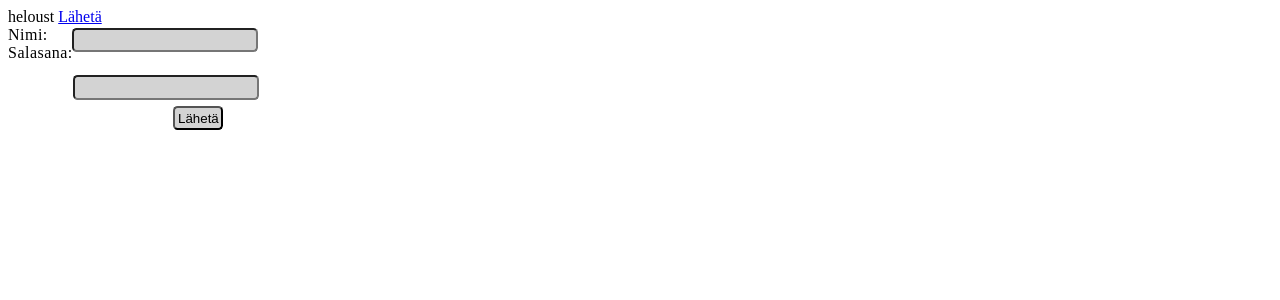
Repository: sirkian/ohj2-t4
Page: http://localhost/Kommunikaatio/
An editor plug-in stored every save of this project. The page is shown before and after the next save, followed by the edit.
The browser window is 1280 px wide. The pictures show the whole page.
The page is served by Tomcat 9.

Above is the page before, as saved 2022-03-19 14:11:35.

### Kommunikaatio/src/main/webapp/index.jsp
<%@ page language="java" contentType="text/html; charset=ISO-8859-1"
    pageEncoding="ISO-8859-1"%>
<!DOCTYPE html>
<html>
<head>
<meta charset="ISO-8859-1">
<title>Insert title here</title>
<style>

input {
	background: lightgrey;
	border-radius:0.35em;
	padding: 0.2em;
	margin: 0.15em 0;
	position: absolute;
}
.nimi {
	left: 5.4em;
}
.pw {
	top: 5.5em;
}
.btn {
	top: 7.8em;
	left: 13em;
}
form {
	letter-spacing: 0.03em;
}
</style>
</head>
<body>
heloust
<a href="toka.jsp?nimi=jaska&ika=10">Lähetä</a>
<form action="kolmas.jsp" method="POST">
	Nimi: <input class="nimi" type="text" name="nimi"><br>
	Salasana: <input class="pw" type="password" name="pwd">
	<input class="btn" type="submit" value="Lähetä">
</form>
</body>
</html>

After the next save:
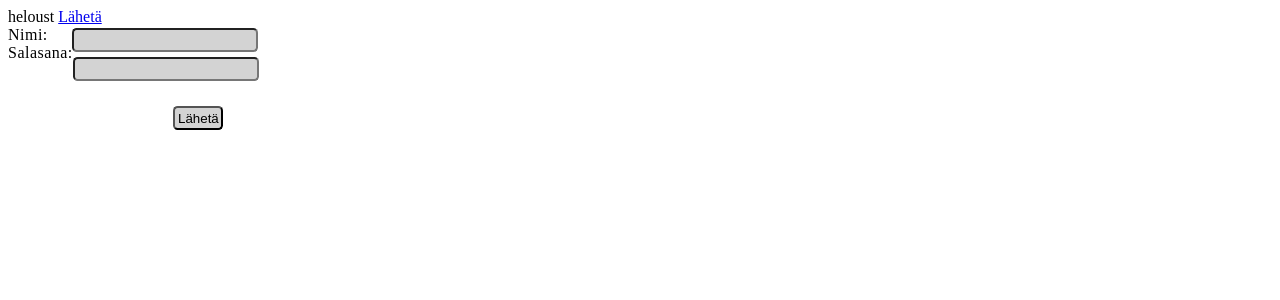
Saved 30 s later.
--- a/Kommunikaatio/src/main/webapp/index.jsp
+++ b/Kommunikaatio/src/main/webapp/index.jsp
@@ -18,7 +18,7 @@ input {
 	left: 5.4em;
 }
 .pw {
-	top: 5.5em;
+	top: 4.1em;
 }
 .btn {
 	top: 7.8em;
